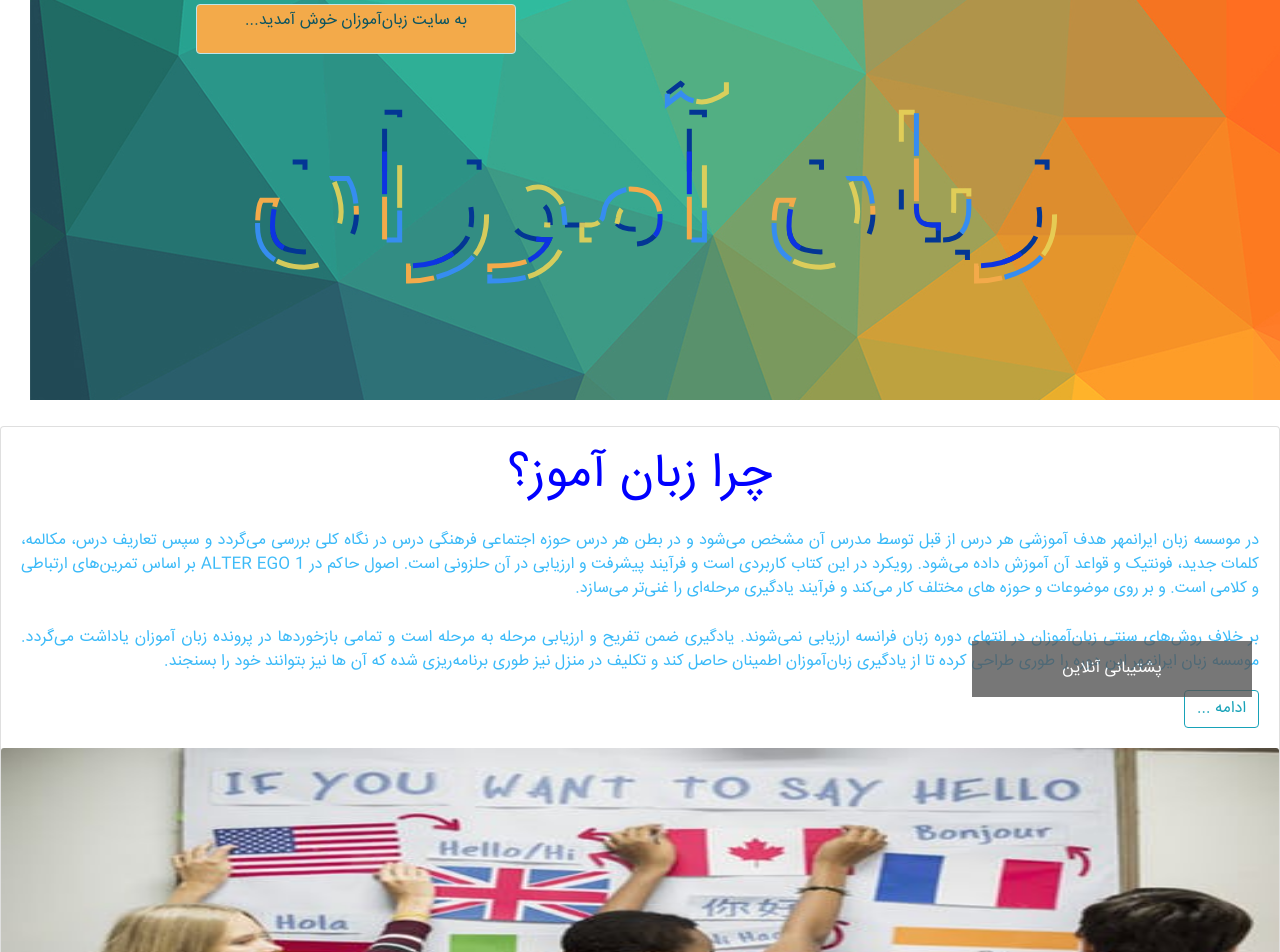
Repository: nikmahla/ZabanAmozan
Page: LanguageWebSite.html
The author's editor kept a copy of each file at every save. The page is drawn from the files as they stood at one save, then again after the next save.
The browser window is 1280 px wide. The pictures show the part of the page from y = 0 to 952 px (the page is 3961 px tall).
A picture or video elsewhere on the page could not be fetched, so the positions and the page height are approximate.

Above is the page before, as saved 2019-10-11 22:04:03.

### LanguageWebSite.html
<html lang="en">

<head>
    <meta charset="UTF-8">
    <meta name="viewport" content="width=device-width, initial-scale=1.0">
    <meta http-equiv="X-UA-Compatible" content="ie=edge">
    <link rel="stylesheet" href="css/bootstrap.css">
    <link rel="stylesheet" href="css/stylesheet.css">
    <link rel="shortcut icon" href="images/fav.jpg" title="favicon">
    <script src="jquery.min.js"></script>
    <title>Learn New Language</title>
</head>

<body class="container-fluid">

    <div class="row bg-image">
        <svg viewBox="0 0 960 300">
            <symbol id="s-text">
                <text text-anchor="middle" x="50%" y="80%"> زبان آموزان</text>
            </symbol>

            <g class="g-ants">
                <use xlink:href="#s-text" class="text-copy"></use>
                <use xlink:href="#s-text" class="text-copy"></use>
                <use xlink:href="#s-text" class="text-copy"></use>
                <use xlink:href="#s-text" class="text-copy"></use>
                <use xlink:href="#s-text" class="text-copy"></use>
            </g>
        </svg>
    </div>

    <div id="alert" class="alert alert-info p-1 m-1">
        <p class="text-center">به سایت زبان‌آموزان خوش آمدید...</p>
    </div>

    <div class="row">
        <div class="card  " style="margin-top: 2%">
            <div class="card-body">
                <h5 class="card-title card-title-me"> چرا زبان آموز؟ </h5>
                <p class="card-body-me">در موسسه زبان ایرانمهر هدف آموزشی هر درس از قبل توسط مدرس آن مشخص می‌شود و در
                    بطن هر
                    درس حوزه اجتماعی فرهنگی درس در نگاه کلی بررسی می‌گردد و سپس تعاریف درس، مکالمه، کلمات جدید، فونتیک و
                    قواعد آن آموزش داده می‌شود. رویکرد در این کتاب کاربردی است و فرآیند پیشرفت و ارزیابی در آن حلزونی
                    است.
                    اصول حاکم در ALTER EGO 1 بر اساس تمرین‌های ارتباطی و کلامی است. و بر روی موضوعات و حوزه های مختلف
                    کار
                    می‌کند و فرآیند یادگیری مرحله‌‌ای را غنی‌تر می‌سازد.</p>
                <p class="card-body-me">
                    بر خلاف روش‌های سنتی زبان‌آموزان در انتهای دوره زبان فرانسه ارزیابی نمی‌شوند. یادگیری ضمن تفریح و
                    ارزیابی مرحله به مرحله است و تمامی بازخوردها در پرونده زبان آموزان یاداشت می‌گردد. موسسه زبان
                    ایرانمهر
                    این دوره را طوری طراحی کرده تا از یادگیری زبان‌آموزان اطمینان حاصل کند و تکلیف در منزل نیز طوری
                    برنامه‌ریزی شده که آن ها نیز بتوانند خود را بسنجند.
                </p>
                <button type="button" class="btn btn-outline-info">ادامه ...</button>

            </div>
            <img src="./images/fl031.jpg" class="card-img-top card-img" alt="">
        </div>
    </div>


    <div class="row ">
        <div class="col-md-6">
            <div class="videoplay ">
                <video class="img-fluid" autoplay="" loop="" playsinline="" muted="">
                    <source type="video/mp4" src="images/class03.mp4">
                </video>
            </div>
        </div>
        <div class="col-md-6 ">
            <h3 class="text-class">
                1.زمان مد نظرتو انتخاب کن
            </h3>
        </div>
    </div>

    <div class="row ">
        <div class="col-md-6 ">
            <h3 class="text-class">
                2.کلاستو انتخاب کن
            </h3>
        </div>
        <div class="col-md-6">
            <div class="videoplay ">
                <video class="img-fluid" autoplay="" loop="" playsinline="" muted="">
                    <source type="video/mp4" src="images/class031.mp4">
                </video>
            </div>
        </div>
    </div>

    <div class="row ">
        <div class="col-md-6">
            <div class="videoplay ">
                <video class="img-fluid" autoplay="" loop="" playsinline="" muted="">
                    <source type="video/mp4" src="images/class033.mp4">
                </video>
            </div>
        </div>
        <div class="col-md-6 ">
            <h3 class="text-class">
                3. برو کلاس
            </h3>
        </div>
    </div>

    <div class="row" style="margin-top:2% ">
        <div class="card card-box" style="width:30%">
            <img class="card-img-top" src="./images/cl8.jpg" alt="Card image">
            <div class="card-body">
                <h4 class="card-title">دوره های آموزش زبان فرانسه متوسطه بزرگسالان</h4>
                <p class="card-text">دوره های فشرده نیمه گروهی ( 6 تا 8 نفره )</p>
                <a href="#" class="btn btn-primary">مشاهده</a>
            </div>
        </div>

        <div class="card card-box" style="width:30%">
            <img class="card-img-top" src="./images/cl9.jpg" alt="Card image">
            <div class="card-body">
                <h4 class="card-title">دوره آموزش زبان فرانسه پیش متوسطه کودکان</h4>
                <p class="card-text">دوره زبان فرانسه پیش متوسطه کودکان (+A2)</p>
                <a href="#" class="btn btn-primary">مشاهده</a>
            </div>
        </div>

        <div class="card card-box" style="width:30%">
            <img class="card-img-top" src="./images/cl10.jpg" alt="Card image">
            <div class="card-body">
                <h4 class="card-title">دوره زبان فرانسه پیشرفته بزرگسالان</h4>
                <p class="card-text">دوره زبان فرانسه پیش متوسطه</p>
                <a href="#" class="btn btn-primary">مشاهده</a>
            </div>
        </div>
    </div>



    <div class="row bg">
        <h3 class="h1-list" data-shadow='dang!'>کلاسهای پاییز</h3>
    </div>



    <table class="table table-hover table-me">
        <thead>
            <tr>
                <th scope="col">#</th>
                <th scope="col">روزهای هفته</th>
                <th scope="col">کلاس</th>
                <th scope="col">استاد</th>
                <th> انتخاب</th>
            </tr>
        </thead>
        <tbody>
            <tr>
                <th scope="row">1</th>
                <td>شنبه</td>
                <td>زبان فرانسه</td>
                <td>دکتر رضایی</td>
                <td>
                    <button type="button" class="btn btn-outline-warning">مشاهده</button>
                </td>


            </tr>
            <tr>
                <th scope="row">2</th>
                <td>یکشنبه</td>
                <td>زبان فرانسه</td>
                <td>دکتر رضایی</td>
                <td>
                    <button type="button" class="btn btn-outline-warning">مشاهده</button>
                </td>

            </tr>
            <tr>
                <th scope="row">3</th>
                <td>دوشنبه</td>
                <td>زبان فرانسه</td>
                <td>دکتر رضایی</td>
                <td>
                    <button type="button" class="btn btn-outline-warning">مشاهده</button>
                </td>

            </tr>
            <tr>
                <th scope="row">4</th>
                <td>سه شنبه</td>
                <td>زبان فرانسه</td>
                <td>دکتر رضایی</td>
                <td>
                    <button type="button" class="btn btn-outline-warning">مشاهده</button>
                </td>
            </tr>
            <tr>
                <th scope="row">5</th>
                <td>چهارشنبه</td>
                <td>زبان فرانسه</td>
                <td>دکتر رضایی</td>
                <td>
                    <button type="button" class="btn btn-outline-warning">مشاهده</button>
                </td>
            </tr>
            <tr>
                <th scope="row">6</th>
                <td>پنجشنبه</td>
                <td>زبان فرانسه</td>
                <td>دکتر رضایی</td>
                <td>
                    <button type="button" class="btn btn-outline-warning">مشاهده</button>
                </td>

            </tr>
            <tr>
                <th scope="row">7</th>
                <td>جمعه</td>
                <td>زبان فرانسه</td>
                <td>دکتر رضایی</td>
                <td>
                    <button type="button" class="btn btn-outline-warning">مشاهده</button>
                </td>

            </tr>
        </tbody>
    </table>


    <button class="open-button" onclick="openForm()">پشتیبانی آنلاین</button>

    <div class="chat-popup" id="myForm">
        <form action="/action_page.php" class="form-container">
            <h5 class="text-right"> پشتیبانی زبان‌آموزان </h5>

            <label for="msg"><b> در خدمت شماست:</b></label>
            <textarea placeholder="متن ارسالی ..." name="msg" required></textarea>

            <button type="submit" class="btn">ارسال</button>
            <button type="button" class="btn cancel" onclick="closeForm()">بستن</button>
        </form>
    </div>



    <footer class="footer container-fluid">
        <div class="footer-middle">
            <div class="">
                <div class="row">
                    <div class="col-md-6 col-sm-6  ">

                        <div class="footer-pad">
                            <h4>راه های ارتباطی</h4>
                            <ul class="list-unstyled">
                                <li><a href="#"></a></li>
                                <li><a href="#">شماره تماس</a></li>
                                <li><a href="#">مشاوره حضوری</a></li>
                                <li><a href="#">ادرس ایمیل</a></li>
                                <li><a href="#">شبکه اجتماعی</a></li>

                            </ul>
                        </div>
                    </div>


                    <div class="col-md-6 col-sm-6 ">

                        <div class="footer-pad">
                            <h4> خواندیها برای شما</h4>
                            <ul class="list-unstyled">
                                <li><a href="#"> معرفی دیشکنری </a></li>
                                <li><a href="#">معرفی فیلم</a></li>
                                <li><a href="#">معرفی نرم افزار</a></li>
                                <li><a href="#">معرفی داستان</a></li>
                                <li><a href="#">معرفی سایت</a></li>
                                <li>
                                    <a href="#"></a>
                                </li>
                            </ul>
                        </div>
                    </div>

                </div>
                <div class="row">
                    <div class="col-md-12 copy">
                        <p class="text-center">&copy; حقوق مادی و معنوی سایت محفوظ است.</p>
                    </div>
                </div>


            </div>
        </div>
    </footer>

    <script >
        function openForm() {
            document.getElementById("myForm").style.display = "block";
        }

        function closeForm() {
            document.getElementById("myForm").style.display = "none";
        }
        $(document).ready(function () {
            setTimeout(function () {
                $('#alert').slideDown('slow');
            }, 3000);
        })
    </script>

</body>

</html>

### css/stylesheet.css
@font-face {
    font-family: 'iransans';
    src: url('../fonts/iransans_medium.woff2') format('woff2');
    font-weight: bold;
}

@font-face {
    font-family: 'iransans';
    src: url('../fonts/iransans_regular.woff2') format('woff2');
    font-weight: normal;
}

@font-face {
    font-family: 'iransans';
    src: url('../fonts/iransans_ultralight.woff2') format('woff2');
    font-weight: 200;
}

body {
    direction: rtl;
    text-align: right;
    margin: 0;
    font-family: 'iransans', tahoma;
}

* {
    box-sizing: border-box;
}

.videoplay {
    margin-top: 20%;
    min-width: 100%;
    min-height: 100%;
}

.text-class {
    margin-top: 45% !important;
    text-align: center;
    color: #3bbaf8
}

.bg-image {
    background-image: url('../images/bgh.png');
    height: 25rem;
    width: 100%;
}

.header-text {
    background: #8383e2;
}

.card-text {
    text-align: center;
    color: #115374;
    margin-top: 2%;
}

.card-btn {
    margin-top: 2%;
    color: blue;
}

.card-box {
    margin: 1%;
    padding: 1%;
    text-align: center;
}

.card-title-me {
    text-align: center;
    color: blue;
    font-size: 3rem;
}

.card-body-me {
    color: #3bbaf8;
    margin-top: 2%;
    text-align: justify;
}

.card-img {
    height: 25rem;
}

svg {
    display: block;
    font: 10.5em 'Montserrat';
    width: 960px;
    height: 300px;
    margin: 0 auto;
}

.text-copy {
    fill: none;
    stroke: white;
    stroke-dasharray: 6% 29%;
    stroke-width: 5px;
    stroke-dashoffset: 0%;
    animation: stroke-offset 5.5s infinite linear;
}

.text-copy:nth-child(1) {
    stroke: rgb(3, 54, 148);
    animation-delay: -1;
}

.text-copy:nth-child(2) {
    stroke: #e7d258e7;
    animation-delay: -2s;
}

.text-copy:nth-child(3) {
    stroke: rgb(54, 141, 240);
    animation-delay: -3s;
}

.text-copy:nth-child(4) {
    stroke: rgb(243, 170, 74);
    animation-delay: -4s;
}

.text-copy:nth-child(5) {
    stroke: rgb(13, 52, 226);
    animation-delay: -5s;
}

@keyframes stroke-offset {
    100% {
        stroke-dashoffset: -35%;
    }
}

.bg {
    margin: 2rem 0 2rem 0;
    text-align: center;
    background-color: rgba(243, 93, 33, 0.849);
}

.h1-list {
    margin-right: 20%;
    display: inline-block;
    color: white;
    font-size: 9em;
    text-shadow: .03em .03em 0 rgb(235, 71, 6);
}

.table-me {
    margin: 1rem 0 1rem 0;
    overflow: hidden;
}

.bt-me {
    color: orangered;
}

footer {
    width: 100%;
    background: #16222A;
    background: -webkit-linear-gradient(59deg, #3A6073, #16222A);
    background: linear-gradient(59deg, #3A6073, #16222A);
    color: white;
    margin-top: 100px;
    text-align: center;
}

footer a {
    color: #fff;
    font-size: 14px;
    transition-duration: 0.2s;
    display: inline-block;
}

footer a:hover {
    color: #FA944B;
    text-decoration: none;
}

.copy {
    font-size: 12px;
    padding: 10px;
    border-top: 1px solid #FFFFFF;
}

.footer-middle {
    padding-top: 2em;
    color: white;
}

.open-button {
    background-color: #555;
    color: white;
    padding: 16px 20px;
    border: none;
    cursor: pointer;
    opacity: 0.8;
    position: fixed;
    bottom: 23px;
    right: 28px;
    width: 280px;
}

/* The popup chat - hidden by default */

.chat-popup {
    display: none;
    position: fixed;
    bottom: 0;
    right: 15px;
    border: 3px solid #f1f1f1;
    z-index: 9;
}

/* Add styles to the form container */

.form-container {
    max-width: 300px;
    padding: 10px;
    background-color: white;
}

/* Full-width textarea */

.form-container textarea {
    width: 100%;
    padding: 15px;
    margin: 5px 0 22px 0;
    border: none;
    background: #f1f1f1;
    resize: none;
    min-height: 200px;
}

/* When the textarea gets focus, do something */

.form-container textarea:focus {
    background-color: #ddd;
    outline: none;
}

/* Set a style for the submit/send button */

.form-container .btn {
    background-color: #4CAF50;
    color: white;
    padding: 16px 20px;
    border: none;
    cursor: pointer;
    width: 100%;
    margin-bottom: 10px;
    opacity: 0.8;
}

/* Add a red background color to the cancel button */

.form-container .cancel {
    background-color: red;
}

/* Add some hover effects to buttons */

.form-container .btn:hover, .open-button:hover {
    opacity: 1;
}

#alert {
    position: fixed;
    top: 0;
    left: 12rem;
    width: 25%;
    display: none;
    background-color: rgb(243, 170, 74);
}

Loaded but not shown: css/bootstrap.css (library); node_modules/jquery/dist/jquery.min.js (library)

After the next save:
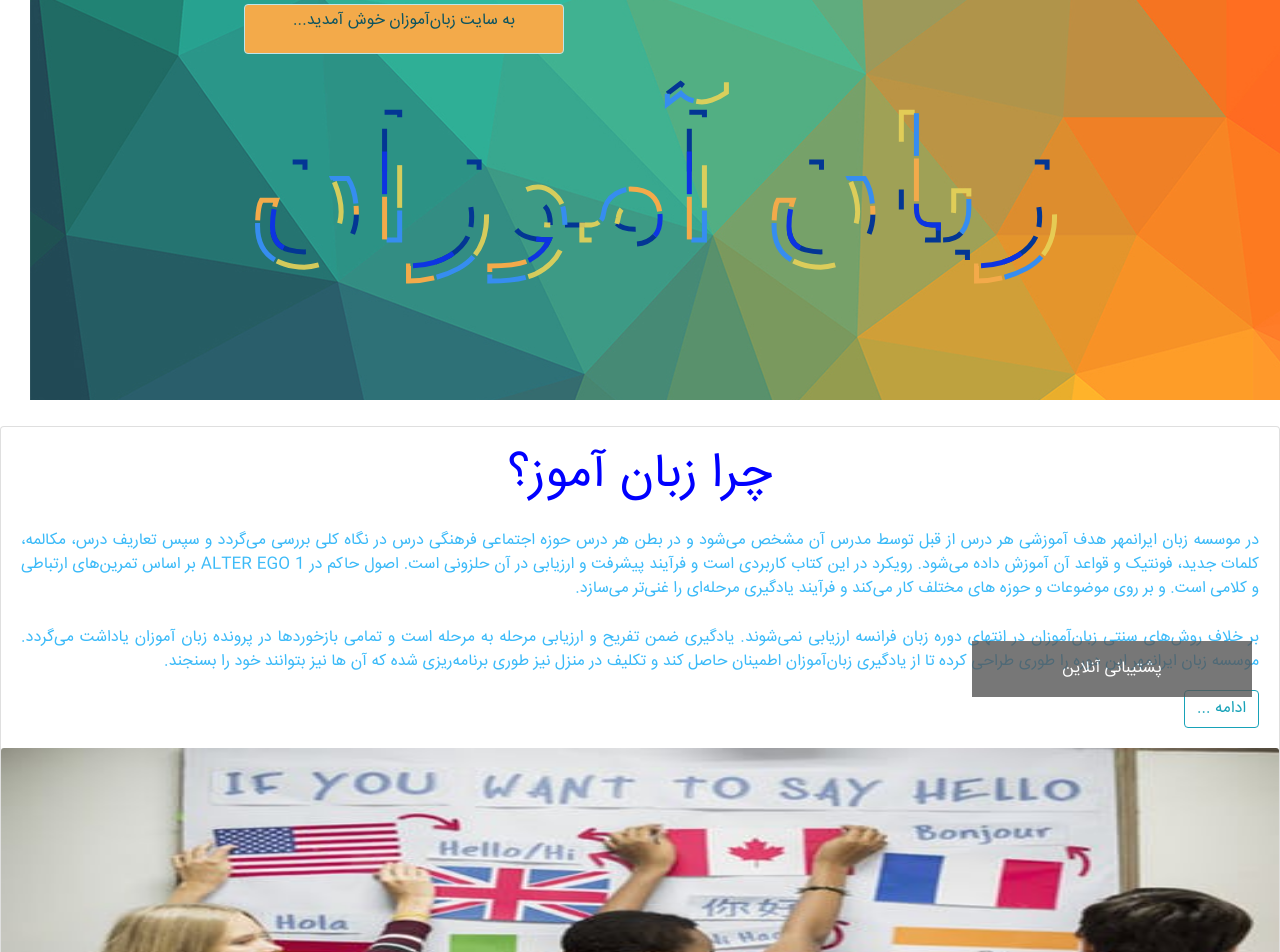
Saved 7 s later.
--- a/css/stylesheet.css
+++ b/css/stylesheet.css
@@ -265,7 +265,7 @@ footer a:hover {
 #alert {
     position: fixed;
     top: 0;
-    left: 12rem;
+    left: 15rem;
     width: 25%;
     display: none;
     background-color: rgb(243, 170, 74);
